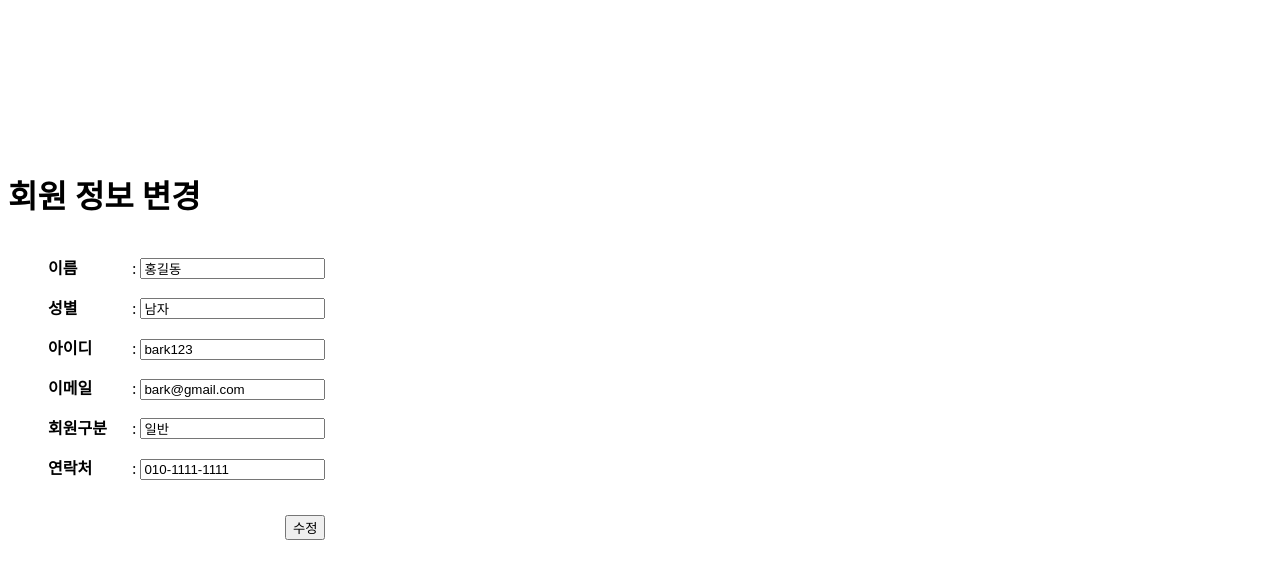
Repository: jngwk/Project-Bark
Page: http://localhost/Bark/include/userEditProfileFrm.jsp
These files come from the project's save history. The page is drawn as it stood at one moment and after the next save; the edit follows.
The browser window is 1280 px wide. The pictures show the whole page.
The page is served by Tomcat 9.

Above is the page before, as saved 2024-03-31 05:08:16.

After the next save:
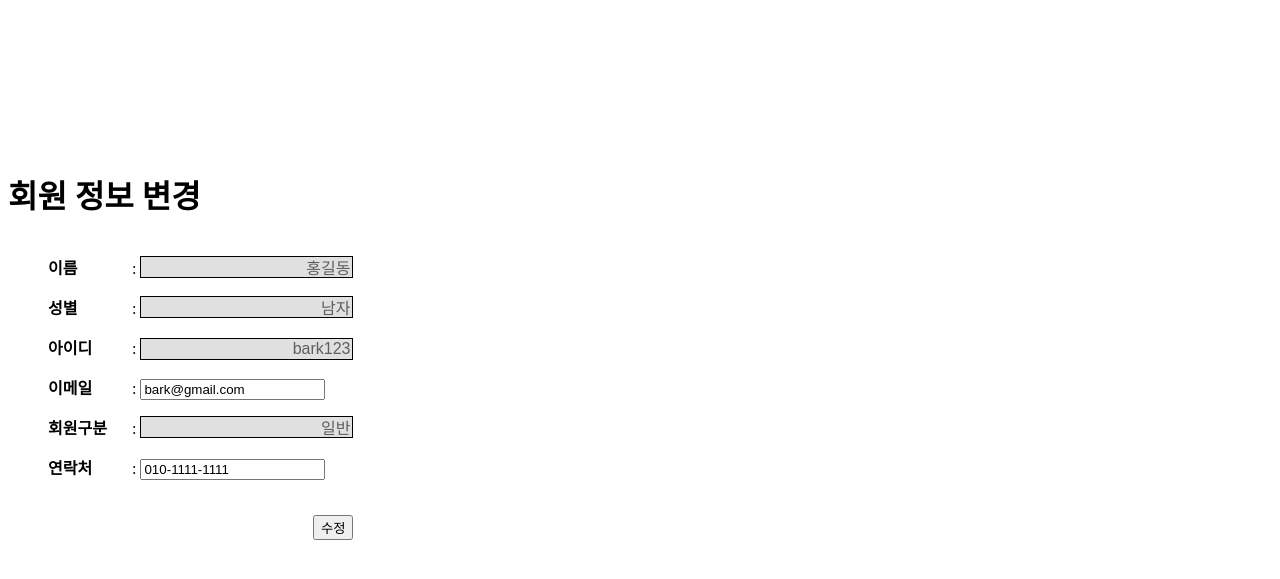
Saved 16 s later.
--- a/java_workspace/Bark/src/main/webapp/css/userEditProfileFrm.css
+++ b/java_workspace/Bark/src/main/webapp/css/userEditProfileFrm.css
@@ -6,6 +6,13 @@
 
 ul {
     list-style-type: none; /* 불릿 제거 */
+}
+input.profile.readonly {
+    border: 1px solid black; /* 테두리 스타일 변경 */
+    color: rgb(94, 94, 94);
+	text-align: right;
+	background-color: rgb(224, 224, 224);
+	font-size: 16px;
 }
 .label-text {
     display: inline-block;
